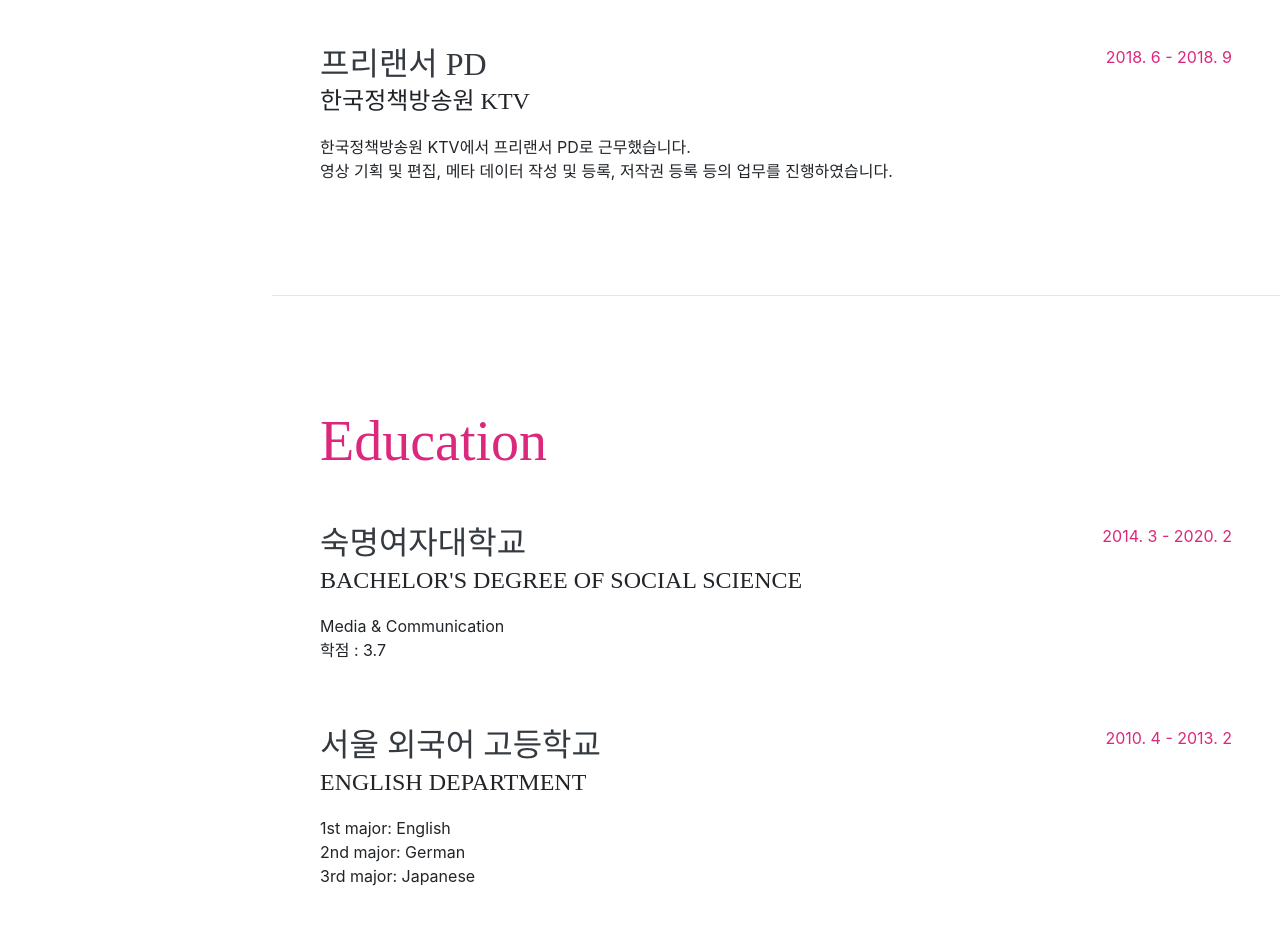
Repository: hyunah-aha/hyunah-aha
Page: Resume/index.html
The author's editor kept a record of every edit. The page is drawn from the files as they stood at one moment, then again after the next edit.
The browser window is 1280 px wide. The pictures show the part of the page from y = 1292 to 2244 px (the page is 4597 px tall before and 4823 px after).
A picture or video elsewhere on the page could not be fetched, so the positions and the page height are approximate. Some web fonts or font styles are not loaded; a fallback is used.

Above is the page before.

After the next edit:
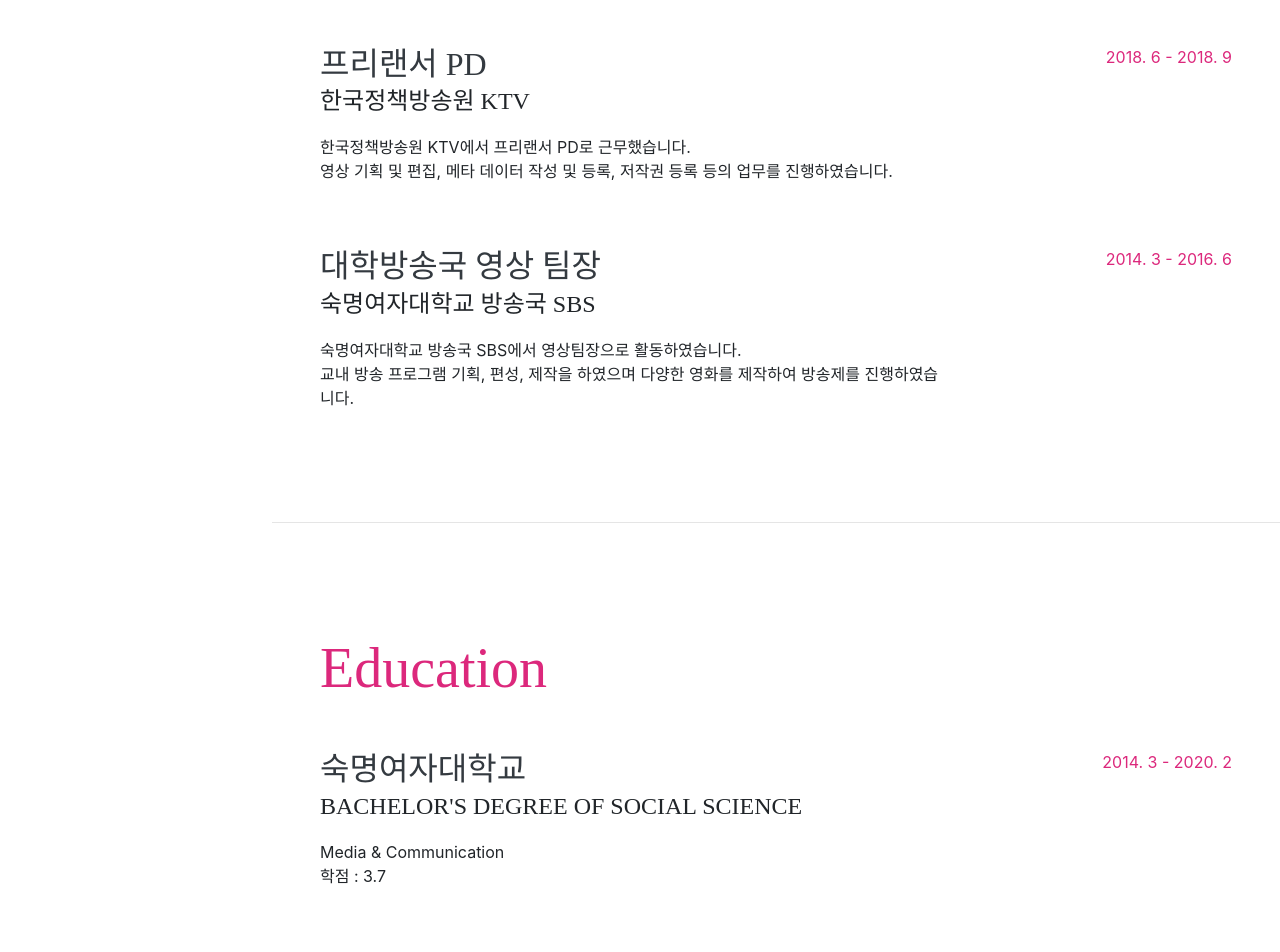
The edit:
--- a/Resume/index.html
+++ b/Resume/index.html
@@ -128,6 +128,18 @@
           </div>
         </div>
 
+        <div class="resume-item d-flex flex-column flex-md-row justify-content-between">
+          <div class="resume-content">
+            <h3 class="mb-0">대학방송국 영상 팀장</h3>
+            <div class="subheading mb-3">숙명여자대학교 방송국 SBS</div>
+            <p>숙명여자대학교 방송국 SBS에서 영상팀장으로 활동하였습니다. <br>교내 방송 프로그램 기획, 편성, 제작을 하였으며 다양한 영화를 제작하여 방송제를 진행하였습니다.</p>
+          </div>
+          <div class="resume-date text-md-right">
+            <span class="text-primary">2014. 3 - 2016. 6</span>
+          </div>
+        </div>
+        <br><br>
+
         </div>
 
       </div>
